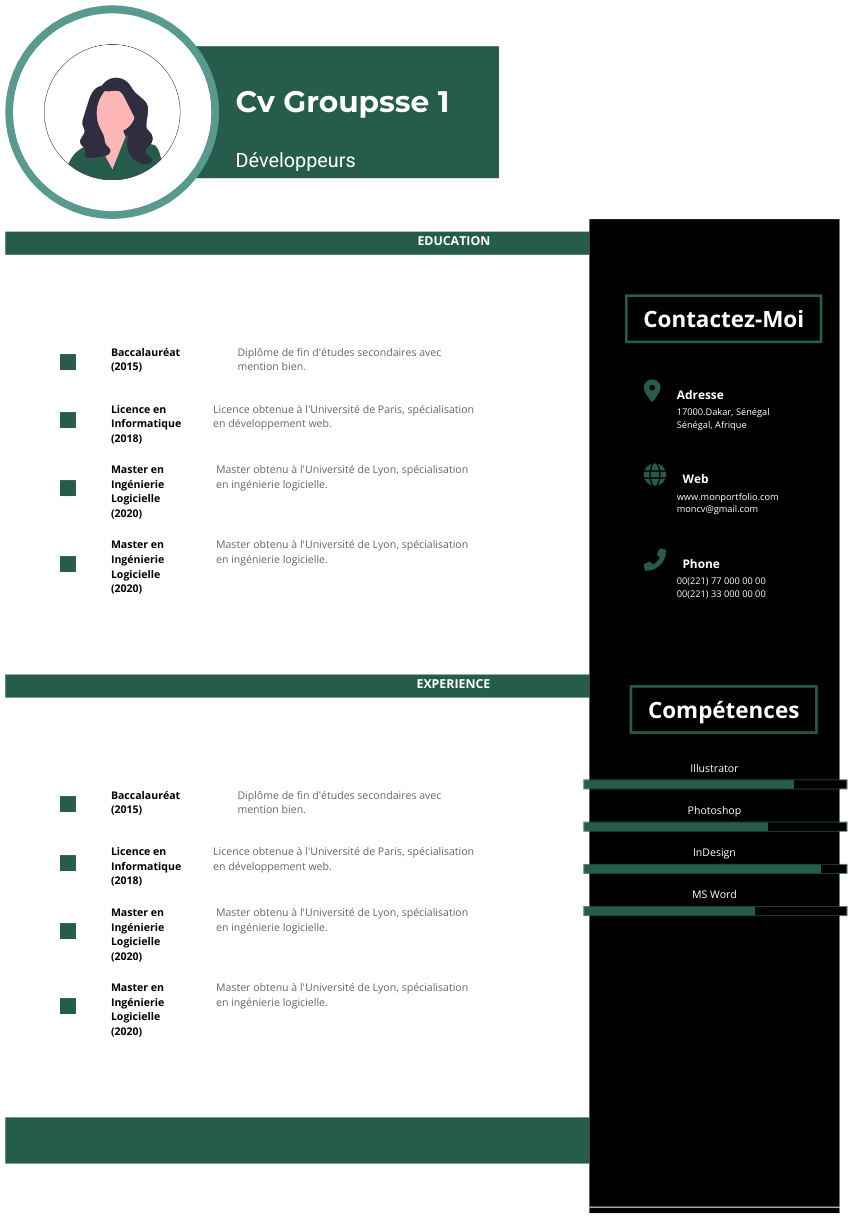
Repository: NdiongueFH/Mon_CV
Page: CV_Groupe1.html
The author's editor kept a copy of each file at every save. The page is drawn from the files as they stood at one save, then again after the next save.
The browser window is 1280 px wide. The page is 1302 px wide, so the pictures cover 1302 px, including what lies to the right of the window. The pictures show the whole page, at 66% of full size.

Above is the page before, as saved 2024-08-05 01:19:25.

### CV_Groupe1.html
<!DOCTYPE html>
<html lang="fr">
<head>
    <meta charset="UTF-8">
    <meta name="viewport" content="width=device-width, initial-scale=1.0">
    <!--Lin Font Awesome-->
    <link rel="stylesheet" href="https://cdnjs.cloudflare.com/ajax/libs/font-awesome/6.0.0-beta3/css/all.min.css">
    <!--Intégration de police d'écriture via un lien web-->
    <link href="https://fonts.googleapis.com/css2?family=Montserrat:wght@400;700&family=Open+Sans:wght@400;700&family=Roboto:wght@400;500&display=swap" rel="stylesheet">
    <!--Intégration de notre lien CSS-->
    <link rel="stylesheet" href="CV_Groupe1.css">
    <title>MON CV</title>

</head>
<body>
    <!--section principale-->
    <section id="principal">

        <!--Début Partie Ndiawar-->

        <!--la partie profile de notre cv-->
        <section id="profile">
            <!--identité-->
            <div id="identite">
                <!--image-->
                <div class="image">
                    <img id="image_profil" src="./image/profil.png" alt="" sizes="30" srcset="">
                </div>
                <!--fin image-->
                <!--debut nom-->
                <div class="nom">
                    <h1 id="name_cv">Cv Groupsse 1</h1>
                    <span id="function">Développeurs</span>
                </div>
                <!--fin nom-->
            </div>
            <!--fin identité-->
        </section>
        <!--fin de la partie profile-->

        <!--Fin Partie Ndiawar Diop-->


        <!--le debut du corp de notre cv-->
        <section  id="renseignement">
            <!--corp -->
            <div id="corps">
                <!--debut blanc-->
                <div class="blanc">


                    <!--Début Partie Anta Maguette Faye-->


                    <!--education-->
                    <div class="edu_exp">
                        <!--titre education-->
                        <div class="titre_edu_exp">
                            <h1 class="h1_titr">
                                EDUCATION
                            </h1>
                        </div>
                        <!--fin titre education-->
                        <!--parti education-->
                        <div id="info_edu">
                            <ul class="liste-diplomes">
                                <li>
                                    <div class="info">
                                        <span class="diplome">Baccalauréat</span>
                                        <span class="annee">(2015)</span>
                                    </div>
                                    <p class="description">Diplôme de fin d'études secondaires avec mention bien.</p>
                                </li>
                                <li>
                                    <div class="info">
                                        <span class="diplome">Licence en Informatique</span>
                                        <span class="annee">(2018)</span>
                                    </div>
                                    <p class="description">Licence obtenue à l'Université de Paris, spécialisation en développement web.</p>
                                </li>
                                <li>
                                    <div class="info">
                                        <span class="diplome">Master en Ingénierie Logicielle</span>
                                        <span class="annee">(2020)</span>
                                    </div>
                                    <p class="description">Master obtenu à l'Université de Lyon, spécialisation en ingénierie logicielle.</p>
                                </li>
                                <li>
                                    <div class="info">
                                        <span class="diplome">Master en Ingénierie Logicielle</span>
                                        <span class="annee">(2020)</span>
                                    </div>
                                    <p class="description">Master obtenu à l'Université de Lyon, spécialisation en ingénierie logicielle.</p>
                                </li>
                            </ul>
                        </div>
                        <!--fin parti education-->
                    </div>
                    <!--fin education-->


                    <!--Fin Partie Anta Maguette Faye-->

                    <!--Début Partie Fatoumata Hawa Ndiongue-->

                    <!--experience-->
                    <div class="edu_exp" >
                        <!--titre experience-->
                        <div class="titre_edu_exp">
                            <h1 class="h1_titr">
                                EXPERIENCE
                            </h1>
                        </div>
                        <!--fin titre experience-->
                        <!--parti experience-->
                        <div id="info_exp">
                            <ul class="liste-diplomes">
                                <li>
                                    <div class="info">
                                        <span class="diplome">Baccalauréat</span>
                                        <span class="annee">(2015)</span>
                                    </div>
                                    <p class="description">Diplôme de fin d'études secondaires avec mention bien.</p>
                                </li>
                                <li>
                                    <div class="info">
                                        <span class="diplome">Licence en Informatique</span>
                                        <span class="annee">(2018)</span>
                                    </div>
                                    <p class="description">Licence obtenue à l'Université de Paris, spécialisation en développement web.</p>
                                </li>
                                <li>
                                    <div class="info">
                                        <span class="diplome">Master en Ingénierie Logicielle</span>
                                        <span class="annee">(2020)</span>
                                    </div>
                                    <p class="description">Master obtenu à l'Université de Lyon, spécialisation en ingénierie logicielle.</p>
                                </li>
                                <li>
                                    <div class="info">
                                        <span class="diplome">Master en Ingénierie Logicielle</span>
                                        <span class="annee">(2020)</span>
                                    </div>
                                    <p class="description">Master obtenu à l'Université de Lyon, spécialisation en ingénierie logicielle.</p>
                                </li>
                            </ul>
                        </div>
                        <!--fin parti experience-->
                    </div>
                    <!--fin experience-->

                    <!--Début Footer-->
                    <div id="footer">

                    </div>
                    <!--Fin Footer-->

                    <!--Fin Partie Fatoumata Hawa Ndiongue-->

                </div>
                <!--fin blanc-->

                <!--Début Moustapha Dieng-->


                <!--debut noir-->
                <div class="noir">
                    <!--contact-->
                    <div class="contact">
                        <!--titre contact-->
                        <div class="title">
                            <h1 class="titre_contact_skill">
                                Contactez-Moi
                            </h1>
                        </div>
                        <!--fin titre contact-->
                        <!-- donnee contact-->
                        <div class="donnees_contact">
                            <ul class="list_contact">
                                <li>
                                    <p class="icon_contact">
                                        <i class="fas fa-map-marker-alt"></i> Adresse
                                    </p>
                                    <div class="contactez">
                                        <span class="detail">17000.Dakar, Sénégal</span>
                                        <span class="desc">Sénégal, Afrique</span>
                                    </div>
                                </li>
                            </ul>
                            <ul class="list_contact">
                                <li>
                                    <p class="icon_contact">
                                        <i class="fas fa-globe"></i> Web
                                    </p>
                                    <div class="contactez">
                                        <span class="detail">www.monportfolio.com</span>
                                        <span class="desc">moncv@gmail.com</span>
                                    </div>
                                </li>
                            </ul>
                            <ul class="list_contact">
                                <li>
                                    <p class="icon_contact">
                                        <i class="fas fa-phone-alt"></i> Phone
                                    </p>
                                    <div class="contactez">
                                        <span class="detail">00(221) 77 000 00 00</span>
                                        <span class="desc">00(221) 33 000 00 00</span>
                                    </div>
                                </li>
                            </ul>
                        </div>
                        <!-- End Contact Data -->
                    </div>
                        <!--fin donnee contact-->
                    <!--fin contact-->
                    <!--skill-->
                    <div class="contact">
                        <!--titre skill-->
                        <!--titre contact-->
                        <div class="title">
                            <h1 class="titre_contact_skill">
                                Compétences
                            </h1>
                        </div>
                        <!--fin titre contact-->
                        <!--fin titre skill-->
                        <!--donné skill-->
                        <div class="donnees_skill">
                            <form>
                                <div class="skill">
                                    <label for="skill1">Illustrator</label>
                                    <input type="range" id="skill1" name="skill1" min="0" max="100" value="80" step="1">
                                </div>
                                <div class="skill">
                                    <label for="skill2">Photoshop</label>
                                    <input type="range" id="skill2" name="skill2" min="0" max="100" value="70" step="1">
                                </div>
                                <div class="skill">
                                    <label for="skill3">InDesign</label>
                                    <input type="range" id="skill3" name="skill3" min="0" max="100" value="90" step="1">
                                </div>
                                <div class="skill">
                                    <label for="skill4">MS Word</label>
                                    <input type="range" id="skill4" name="skill4" min="0" max="100" value="65" step="1">
                                </div>
                            </form>
                        </div>
                        <!--fin donné skill-->
                    </div>
                    <!--fin skill-->
                    <!--resaux socio-->
                    <div id="resaux">
                        <hr>
                    </div>
                    <!--fin resaux socio-->
                </div>
                <!--fin noir-->

                <!--Fin Moustapha Dieng-->


            </div>
            <!--fin corp-->

        </section>
        <!--la fin du corp de notre cv-->
    </section>
    <!--Fin section principale-->

</body>
</html>

### CV_Groupe1.css
/*Le pseudo-élément `:root` en CSS permet de définir des variables globales pour un document,
représentant l'élément `<html>`. Utilisé pour centraliser la gestion des styles comme
les couleurs et les polices, il facilite la maintenance du CSS en rendant
les valeurs facilement réutilisables et modifiables dans toute la feuille de style.*/

:root {
    /* Définition des couleurs de base */
    --teal-1: #265C4B; /* Teal foncé */
    --teal-2: #146551; /* Teal moyen foncé */
    --teal-3: #007566; /* Teal vif */
    --teal-4: #589A8D; /* Teal clair */
    --teal-5: #fff; /* Blanc très clair */
    --Noir-6: #000000; /*Noir*/
    --Blanc-7: #ffffff; /*Blanc*/

    /* Utilisation des couleurs pour différents éléments */

    --color-title: var(--teal-1); /* Couleur pour les titres */
    --color-subtitle: var(--teal-3); /* Couleur pour les sous-titres */
    --color-paragraph: var(--teal-2); /* Couleur pour les paragraphes */
    --color-border: var(--teal-4); /* Couleur pour les bordures */
    --color-backgroundFoncé: var(--teal-1); /*Couleur de fond foncée*/
    --color-background: var(--teal-5); /* Couleur de fond général */
    --color-text: var(--Noir-6); /*Couleur pour le texte de fond*/
    --color-white: var(--Blanc-7); /*Couleur blanche pour les texte de fon d'une balise"*/
}

/*Intégration de nos polices d'écritures générales pour notre texte, titre et les sous-titres*/
:root {
    /* Polices */
    --font-title: 'Montserrat', sans-serif;
    --font-text: 'Open Sans', sans-serif;
    --font-subtitle: 'Roboto', sans-serif;

    /* Taille de police standard et poids */
    --font-size-normal: 16px; /* Taille de police standard pour le texte */
    --font-size-title: 28px; /* Taille de police pour les grands titres */
    --font-size-subtitle: 20px; /* Taille de police pour les sous-titres */
    --font-weight-normal: 400; /* Poids normal de la police */
    --font-weight-bold: 700; /* Poids en gras */
    /*Pour le profil la taile du nom et du sous-titre*/
    --font-size-titleProfil: 45px;
    --font-size-subtitleProfil: 30px;
}

/*Initialisation de notre body pour supprimer les marges et choix du type de police pour notre site*/
body {
    color: var(--color-text);
    background-color: var(--color-background);
    font-family: var(--font-text);
    font-size: var(--font-size-normal);
    font-weight: var(--font-weight-normal);
}

/*Partie Ndiawar Diop*/
    /*Début partie profil de Mon_CV*/

/*Div Identité*/
#identite {
    display: flex;
    align-items: center; /* Pour aligner verticalement les éléments à l'intérieur */
    background: none;
}
/*Image*/
.image {
    background-color: var(--color-background);
    border: 12px solid var(--color-border);
    width: 300px;  /* Assurez-vous que le conteneur est carré */
    height: 300px;
    border-radius: 50%;  /* Rend l'image ronde */
    overflow: hidden;  /* Cache les parties de l'image qui débordent */
    z-index: 2; /* Nous Plaçons l'image au-dessus de .nom */
    position: relative; /* Nécessaire pour appliquer z-index */
}

#image_profil {
    width: 100%;
    height: 100%;
    object-fit: contain;  /* Garantit que l'image couvre tout l'espace sans déformation */
}
/*Le nom du profil*/
.nom {
    background-color: var(--color-backgroundFoncé);
    width: 30%;
    height: 200px; /* Aligner la hauteur avec celle de l'image */
    display: flex;
    color: var(--color-white);
    flex-direction: column;
    justify-content: center;
    text-align: left;
    padding: 0 20px 0 75px;
    margin-left: -50px; /* Ajustement pour le chevauchement */
    z-index: 1; /* S'assurer que .nom se superpose à .image */
    position: relative;
}
#name_cv{
    font-family: var(--font-title);
    font-size: var(--font-size-titleProfil);
    font-weight: var(--font-weight-bold);
}
#function {
    font-family: var(--font-subtitle);
    font-size: var(--font-size-subtitleProfil);
    font-weight: var(--font-weight-normal);
}
    /*Fin Partie profil de Mon_Cv*/
/*Fin Partie Ndiawar Diop*/

/*Partie Section 2*/
#corps {
    display: flex;
}
.blanc {
    width: 70%;

}
    /*Partie Anta Maquette Faye
.titre_edu_exp {
}*/
.h1_titr {
    height: 35px;
    padding-right: 150px;
    background-color: var(--color-backgroundFoncé);
    text-align: right;
    color: var(--color-white);

}

    /*Partie Education*/
    #info_edu {
        max-width: 600px;
        margin: 120px;
    }
    #info_exp{
        max-width: 600px;
        margin: 120px;
    }
    .liste-diplomes li {
        display: flex;
        align-items: baseline;
        margin-bottom: 10px;
        position: relative; /* Position relative pour placer les puces */
    }

    .liste-diplomes li::before {
        content: "■"; /* Utiliser un carré comme puce */
        color: #265C4B; /* Teal foncé */
        font-size: 50px;
        position: absolute;
        left: -80px; /* Position de la puce */
        top: 50%;
        transform: translateY(-50%); /*Nous permet de déplacer le content */
    }

    .info {
        width: 200px; /* Largeur fixe pour le diplôme et l'année */
        font-weight: bold;
        display: flex;
        flex-direction: column;
        justify-content: left;
    }

    .diplome {
        margin-right: 10px; /* Espace entre le diplôme et l'année */
    }

    .description {
        margin-left: 15px; /* Espace entre l'info et la description */
        flex-grow: 1; /* Permet à la description de prendre le reste de l'espace */
        color: #666; /* Couleur de texte pour la description */
    }


    /*Footer*/
    #footer {
        height: 10px;
        padding: 30px;
        background-color: var(--color-backgroundFoncé);
    }

    /*Partie Noir*/
    .noir {
        width: 30%;
        background-color: var(--color-text);
        height: auto;
        color: var(--color-white);
    }
    .contact {
        display: flex;
        flex-direction: column;
        align-items: center; /* Center horizontally */
        justify-content: center; /* Center vertically (if height is set) */
        width: 80%; /* ou toute autre largeur appropriée */
        margin: 0 auto;
        padding-top: 80px;
        color: var(--color-white);
    }

    .titre_contact_skill {
        font-size: 34px;
        margin-bottom: 20px;
        text-align: center; /* Center the title text */
        border: 4px solid var(--color-backgroundFoncé);
        width: 100%; /* Ajuste selon tes besoins */
        padding: 10px;
    }

    .icon_contact i {
        margin: 0 20px 0 -50px;
        color: var(--color-backgroundFoncé); /* Assure-toi que les icônes sont blanches */
        font-size: 34px; /* Ajuste la taille si nécessaire */
    }

.donnees_contact {
    display: flex;
    flex-direction: column;
    align-items: flex-start; /* Align contact data to the left */
}

.list_contact {
    list-style: none;
    width: 100%;
}

.icon_contact {
    font-size: 18px;
    margin-bottom: 5px;
    font-weight: bold;
}

.contactez {
    font-size: 16px;
}

.detail, .desc {
    display: block;
    font-size: 14px;
}


.donnees_skill {
    width: 400px; /* Adjust width to fit your design */
    padding: 20px;
}

.form-title {
    color: #fff;
    text-align: center;
    margin-bottom: 20px;
}

.skill {
    margin-bottom: 15px;
    text-align: center;
}

.skill label {
    display: block;
    color: #fff;
    font-size: 16px;
    margin-bottom: 5px;
}

.skill input[type="range"] {
    -webkit-appearance: none;
    appearance: none;
    width: 100%;
    height: 15px;
    background: transparent;
    outline: none;
}

.skill input[type="range"]::-webkit-slider-thumb {
    -webkit-appearance: none;
    appearance: none;
    width: 0;
    height: 0;
    cursor: pointer;
    border: none;
    position: relative;
    top: -5px;
}

/* Webkit browsers */
.skill input[type="range"]::-webkit-slider-runnable-track {
    height: 15px;
    border: 1px solid var(--color-backgroundFoncé);
}

.skill input[type="range"][value="80"]::-webkit-slider-runnable-track {
    background: linear-gradient(to right, var(--color-backgroundFoncé) 0%, var(--color-backgroundFoncé) 80%, var(--color-text) 80%);
}

.skill input[type="range"][value="70"]::-webkit-slider-runnable-track {
    background: linear-gradient(to right, var(--color-backgroundFoncé) 0%, var(--color-backgroundFoncé) 70%, var(--color-text) 70%);
}

.skill input[type="range"][value="90"]::-webkit-slider-runnable-track {
    background: linear-gradient(to right, var(--color-backgroundFoncé) 0%, var(--color-backgroundFoncé) 90%, var(--color-text) 90%);
}

.skill input[type="range"][value="65"]::-webkit-slider-runnable-track {
    background: linear-gradient(to right, var(--color-backgroundFoncé) 0%, var(--color-backgroundFoncé) 65%, var(--color-text) 65%);
}

#resaux{
    margin-top: 400px;
}
.social-icons {
    margin-top: 20px;
padding-left: 140px;
padding-top: 20px;
}


.social-icons i {
    justify-content: center;
    align-items: center;
    font-size: 74px;
    border: 1px #ffffff solid;
    border-radius: 5px;
    color: #000000;
    background-color: #ffffff;
    margin-left: 50px;
}

After the next save:
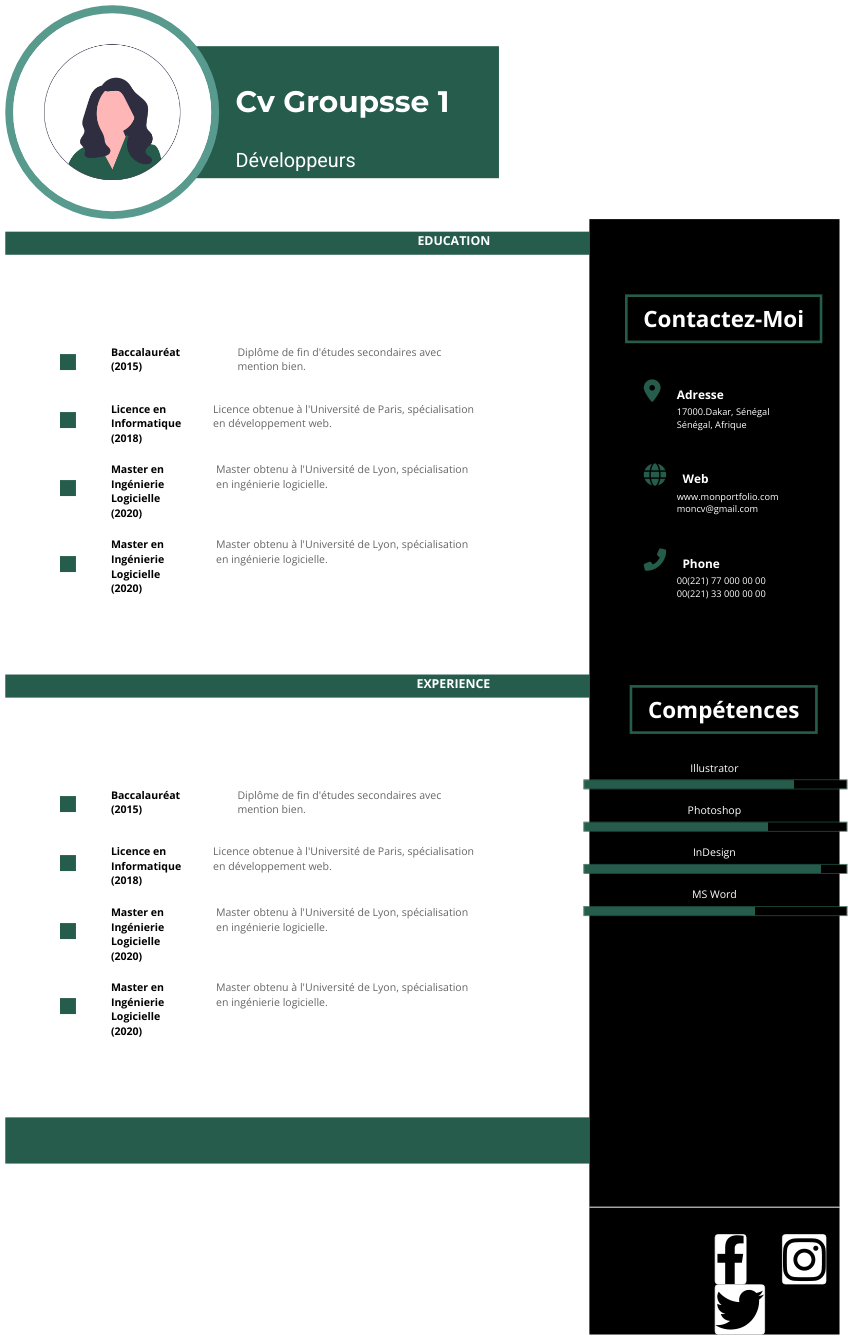
Saved 4 s later.
--- a/CV_Groupe1.html
+++ b/CV_Groupe1.html
@@ -252,6 +252,11 @@
                     <!--resaux socio-->
                     <div id="resaux">
                         <hr>
+                        <div class="social-icons">
+                            <i class="fab fa-facebook-f"></i>
+                            <i class="fab fa-instagram"></i>
+                            <i class="fab fa-twitter"></i>
+                        </div>
                     </div>
                     <!--fin resaux socio-->
                 </div>
